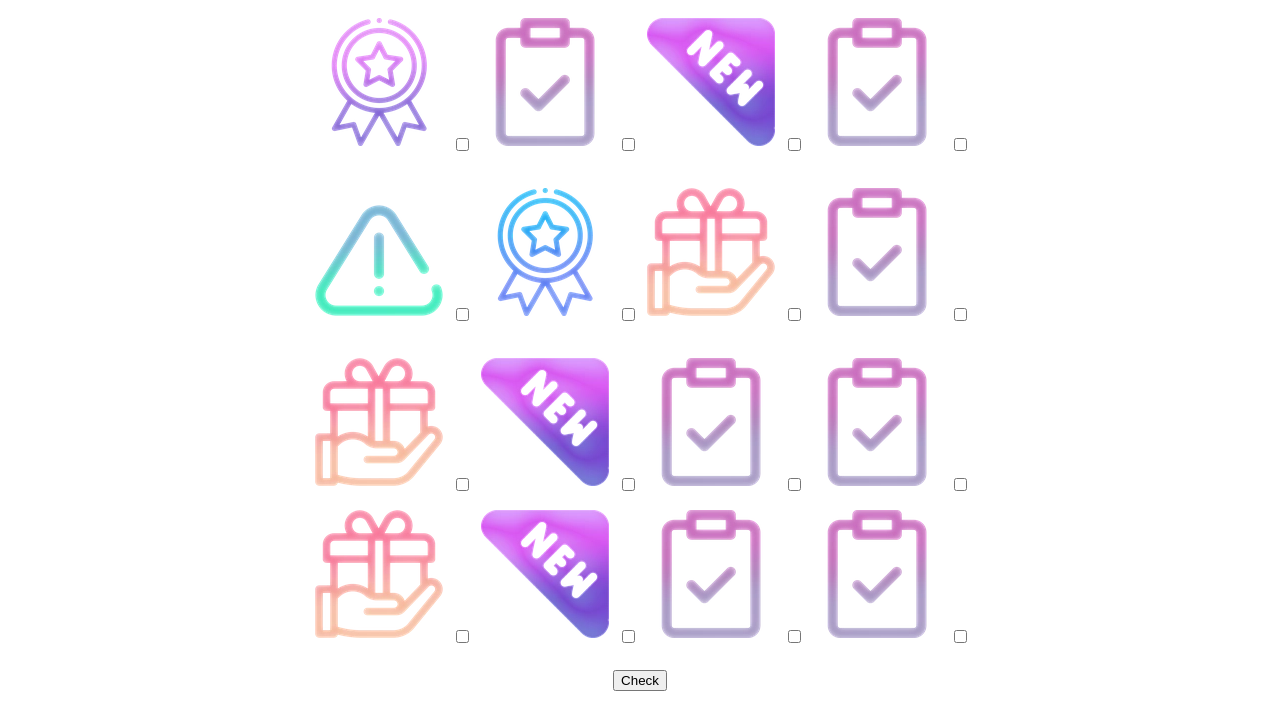
Repository: vichubenzene/-MWin_ui
Page: main.html
These files come from the project's save history. The page is drawn as it stood at one moment and after the next save; the edit follows.
The browser window is 1280 px wide. The pictures show the whole page.

Above is the page before, as saved 2022-10-10 16:43:11.

After the next save:
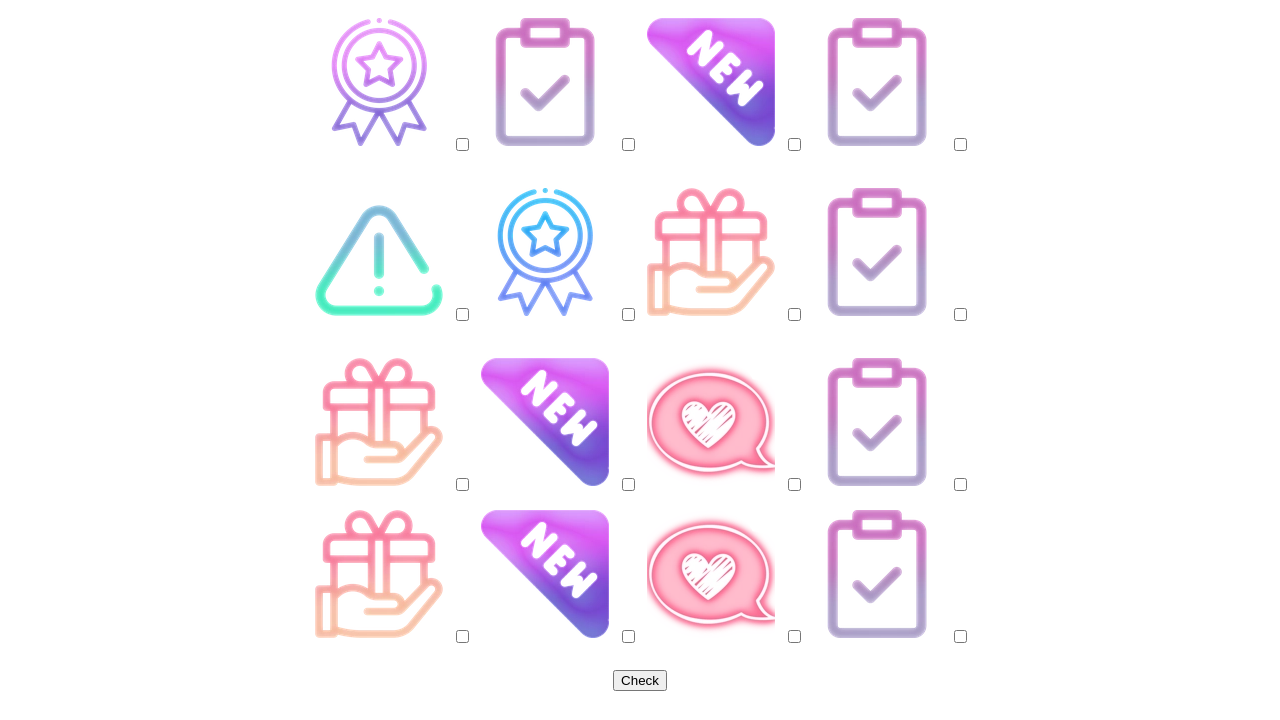
Saved 92 s later.
--- a/main.html
+++ b/main.html
@@ -55,7 +55,7 @@
             <input type="checkbox" id="myCheckbox7" />
             <img src="images/834535415628562442 (1).png" id="i8" alt="Snow" style="padding: 5px">
             <input type="checkbox" id="myCheckbox8" />
-            <img src="images/834541394987057242.png" id="i9" alt="Snow" style="padding: 5px">
+            <img src="images/881778101003120652 (1).png" id="i9" alt="Snow" style="padding: 5px">
             <input type="checkbox" id="myCheckbox9" />
             <img src="images/834541394987057242.png" id="i12" alt="Snow" style="padding: 5px">
             <input type="checkbox" id="myCheckbox12" />
@@ -67,7 +67,7 @@
             <input type="checkbox" id="myCheckbox13" />
             <img src="images/834535415628562442 (1).png" id="i14" alt="Snow" style="padding: 5px">
             <input type="checkbox" id="myCheckbox14" />
-            <img src="images/834541394987057242.png" id="i15" alt="Snow" style="padding: 5px">
+            <img src="images/881778101003120652 (1).png" id="i15" alt="Snow" style="padding: 5px">
             <input type="checkbox" id="myCheckbox15" />
             <img src="images/834541394987057242.png" id="i16" alt="Snow" style="padding: 5px">
             <input type="checkbox" id="myCheckbox16" />
@@ -113,7 +113,7 @@
             var c14 = document.getElementById('myCheckbox14');
             var c15 = document.getElementById('myCheckbox15');
             var c16 = document.getElementById('myCheckbox16');
-            const items = ["images/834535415628562442 (1).png", "images/834538140450160661.png", "images/834541394987057242.png", "images/834541395074613248.png", "images/834541395749371916.png", "images/834541395930251336.png"];
+            const items = ["images/881778101003120652 (1).png", "images/834535415628562442 (1).png", "images/834538140450160661.png", "images/834541394987057242.png", "images/834541395074613248.png", "images/834541395749371916.png", "images/834541395930251336.png"];
             if (c1.checked) {
                 i1.src = items[Math.floor(Math.random() * items.length)];
                 c1.checked = false
